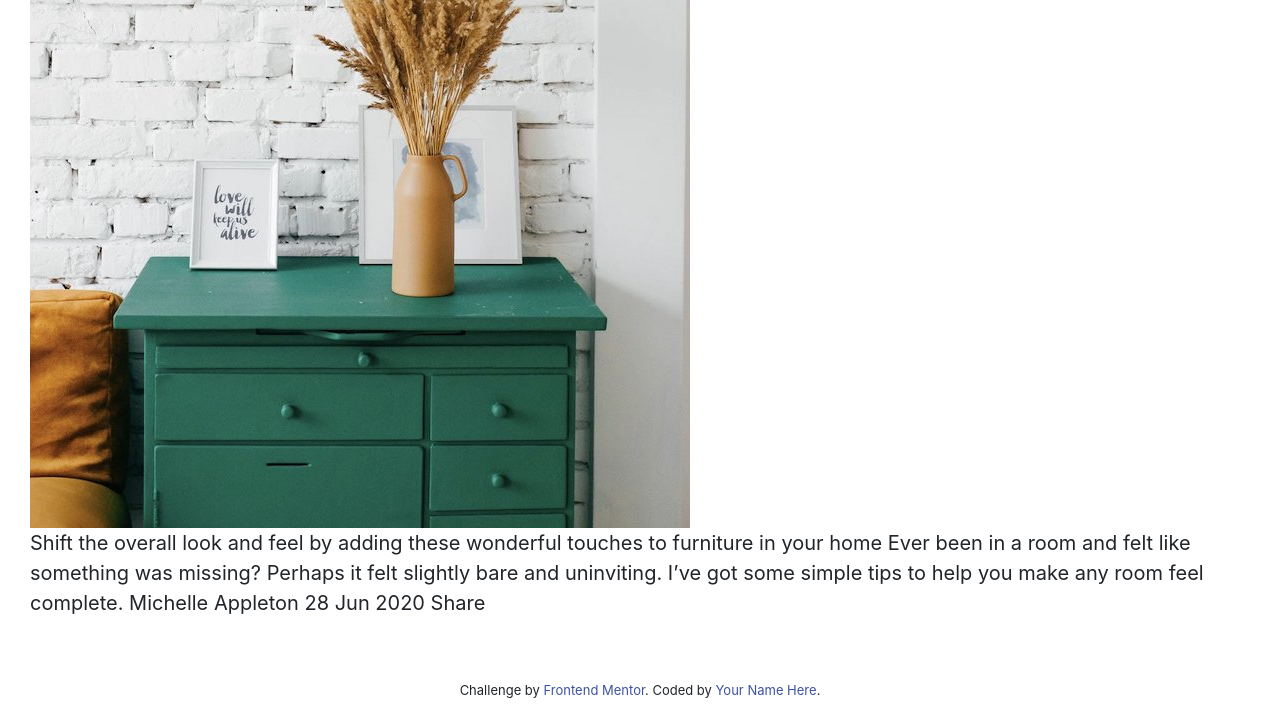
Repository: timiodulate/Article-Preview-Component
Page: index.html
The author's editor kept a copy of each file at every save. The page is drawn from the files as they stood at one save, then again after a run of saves.
The browser window is 1280 px wide. The pictures show the whole page.

Above is the page before, as saved 2020-07-11 11:11:45.

### index.html
<!DOCTYPE html>
<html lang="en">
<head>
  <meta charset="UTF-8">
  <meta name="viewport" content="width=device-width, initial-scale=1.0"> <!-- displays site properly based on user's device -->

  <link rel="icon" type="image/png" sizes="32x32" href="./images/favicon-32x32.png">

  <!-- Bootstrap -->
  <link rel="stylesheet" href="./css/bootstrap.min.css">

  <!-- Custom Style -->
  <link rel="stylesheet" href="./css/style.css">

  <title>Frontend Mentor | Article preview component</title>
</head>
<body>
  <div class="container col d-flex flex-column justify-content-between">
    <div class="cardContainer col d-flex-column">

      <img src="./images/drawers.jpg" alt="">

      <div class="textContainer">

      </div>
      Shift the overall look and feel by adding these wonderful
      touches to furniture in your home

      Ever been in a room and felt like something was missing? Perhaps
      it felt slightly bare and uninviting. I’ve got some simple tips
      to help you make any room feel complete.

      Michelle Appleton
      28 Jun 2020

      Share
    </div>
    <div class="attribution">
      Challenge by <a href="https://www.frontendmentor.io?ref=challenge" target="_blank">Frontend Mentor</a>.
      Coded by <a href="#">Your Name Here</a>.
    </div>
  </>

  <script src="https://code.jquery.com/jquery-3.5.1.slim.min.js" integrity="sha384-DfXdz2htPH0lsSSs5nCTpuj/zy4C+OGpamoFVy38MVBnE+IbbVYUew+OrCXaRkfj" crossorigin="anonymous"></script>
  <script src="./js/bootstrap.min.js"></script>
</body>
</html>

### css/style.css
@import url('http://fonts.googleapis.com/css?family=Raleway:400|Open+Sans:500');

/* Global Resets */
* {
    padding: 0;
    margin: 0;
    box-sizing: border-box;
}

html {
    font-size: 20px;

    /* font-family */
    --header: Raleway;
    --body: Open Sans;

    /* font-weight */
    --normal: 400;
    --bold: 700;

    /* color */
    --footer: hsl(243, 87%, 12%);
    --last-section: hsl(238, 22%, 44%);
    --button: hsl(224, 93%, 58%);
    --anchor: hsl(170, 45%, 43%);
    --card-bg: hsl(240, 75%, 98%);
    --placeholder: hsl(0, 0%, 75%);
    --text: white;
}

/* Dark mode */
/* html[data-theme = 'dark'] {

} */

body {
    height: 100vh;
    width: 100vw;
    /* background-image: url(../images/bg-intro-desktop.png); */
    /* background-color: var(--red); */
    /* background-blend-mode: screen; */
}

button {
    cursor: pointer;
    padding: 12px 50px;
    border: none;
    border-radius: .3rem;
    font-size: .7rem;
    font-family: var(--header), sans-serif;

    background-color: var(--button);
    color: white;
}

ul {
    list-style: none;
}

li {
    text-decoration: none;
}

a  {
    text-decoration: none;
}



/* header */
.container {
    width: 100%;
    height: 100%;
}

/* nav */



/* main */


/* section */



/* footer */
footer .footer-container {
    display: grid;
    grid-template-columns: repeat(4, 1fr);
    margin-bottom: 30px;
}
.attribution {
    font-size: 13px;
    text-align: center;
    /* color: var(--text); */
    padding: 20px;
}
.attribution a {
    color: hsl(228, 45%, 44%);
    text-decoration: none;
}



/* Media Queries - Responsiveness */
/* LG - Large Screen */
/* @media only screen and (max-width: 992px) {

} */

/* MD - Medium Screen */
/* @media only screen and (max-width: 765px) {
    body {
        justify-content: initial;
	height: fit-content;
    }

    footer .footer-container {
        grid-template-columns: 1fr;
        margin-bottom: 20px;
        row-gap: 15px;
    }

    .attribution {
        font-size: .6rem;
        padding: 20px 10px;
        color: white;
    }
} */

/* SM - Small Screen */
/* @media only screen and (max-width: 576px){

} */


/* @timiodulate css template */

Loaded but not shown: css/bootstrap.min.css (library); js/bootstrap.min.js (library)

After the next 8 saves:
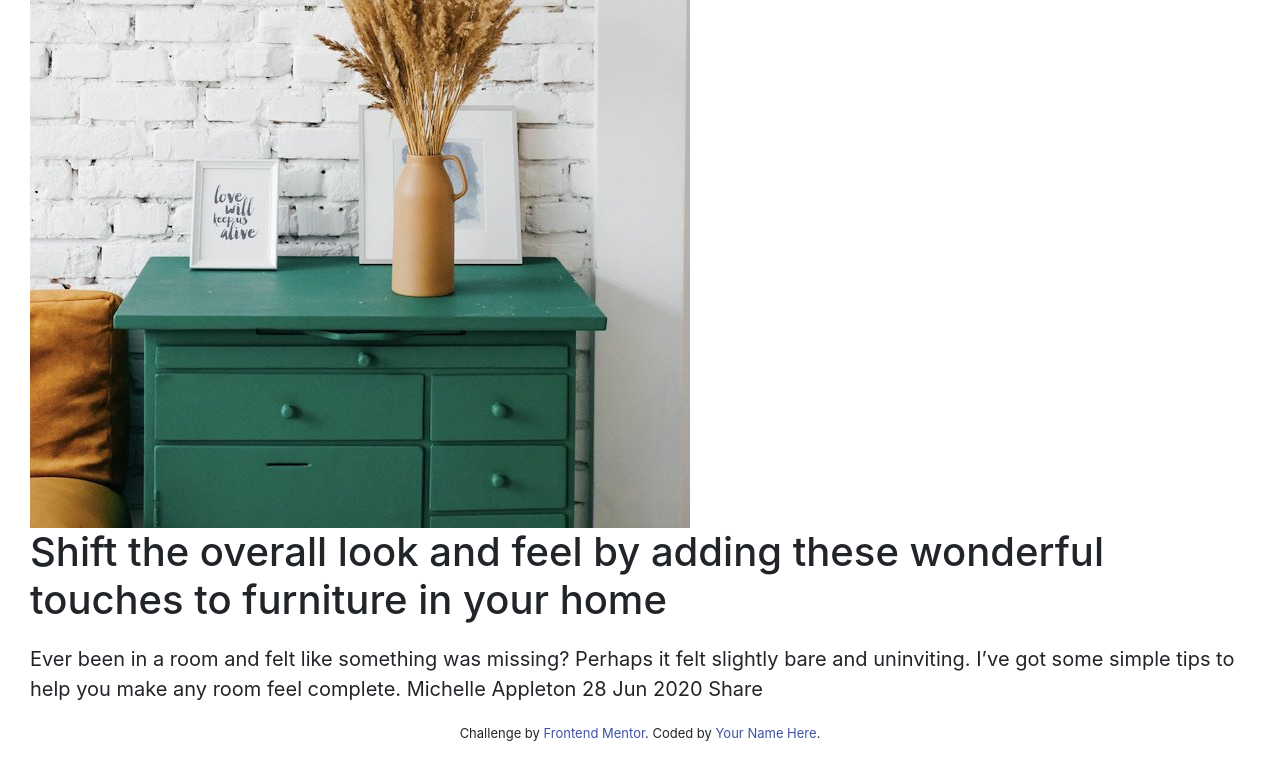
The 8 saves are shown as one change because they came seconds apart.
The last was saved 18 s later.
--- a/index.html
+++ b/index.html
@@ -21,10 +21,14 @@
       <img src="./images/drawers.jpg" alt="">
 
       <div class="textContainer">
+        <h2>
+          Shift the overall look and feel by adding these wonderful
+          touches to furniture in your home
+        </h2>
+        <p>
 
+        </p>
       </div>
-      Shift the overall look and feel by adding these wonderful
-      touches to furniture in your home
 
       Ever been in a room and felt like something was missing? Perhaps
       it felt slightly bare and uninviting. I’ve got some simple tips
